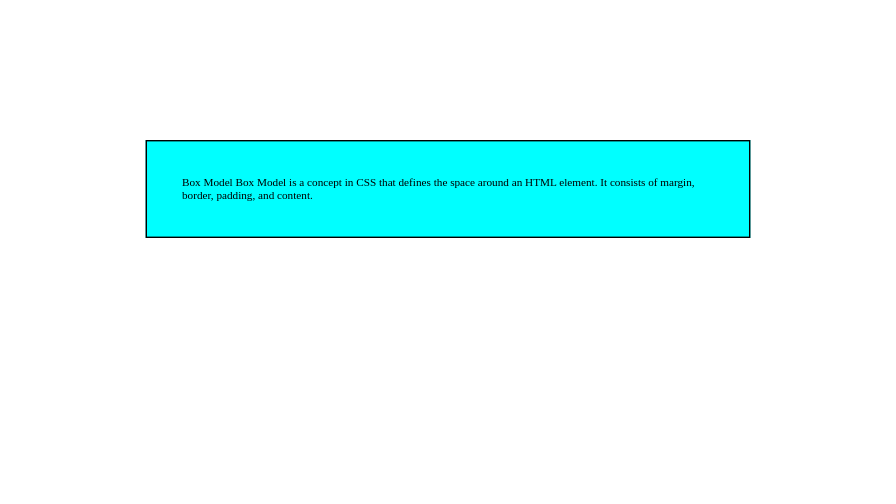
Repository: arunyerram/Web-TEChnologies
Page: Class4/index.html
An editor plug-in stored every save of this project. The page is shown before and after the next save, followed by the edit.
The browser window is 1280 px wide. The pictures show the whole page, at 70% of full size.

Above is the page before, as saved 2025-02-18 12:29:38.

### Class4/index.html
<!DOCTYPE html>
<html lang="en">
<head>
    <meta charset="UTF-8">
    <meta name="viewport" content="width=device-width, initial-scale=1.0">
    <title>CSS Rox Model</title>
    <style>
        /* CSS Rox Model */
        .box{
            border:2px solid black;
            background-color: aqua;
            padding: 50px;
            margin: 200px;

        }
    </style>
</head>
<body>
    <div class="box">
        Box Model
        Box Model is a concept in CSS that defines the space around an HTML element. It consists of margin, border, padding, and content.
    </div>
</body>
</html>

After the next save:
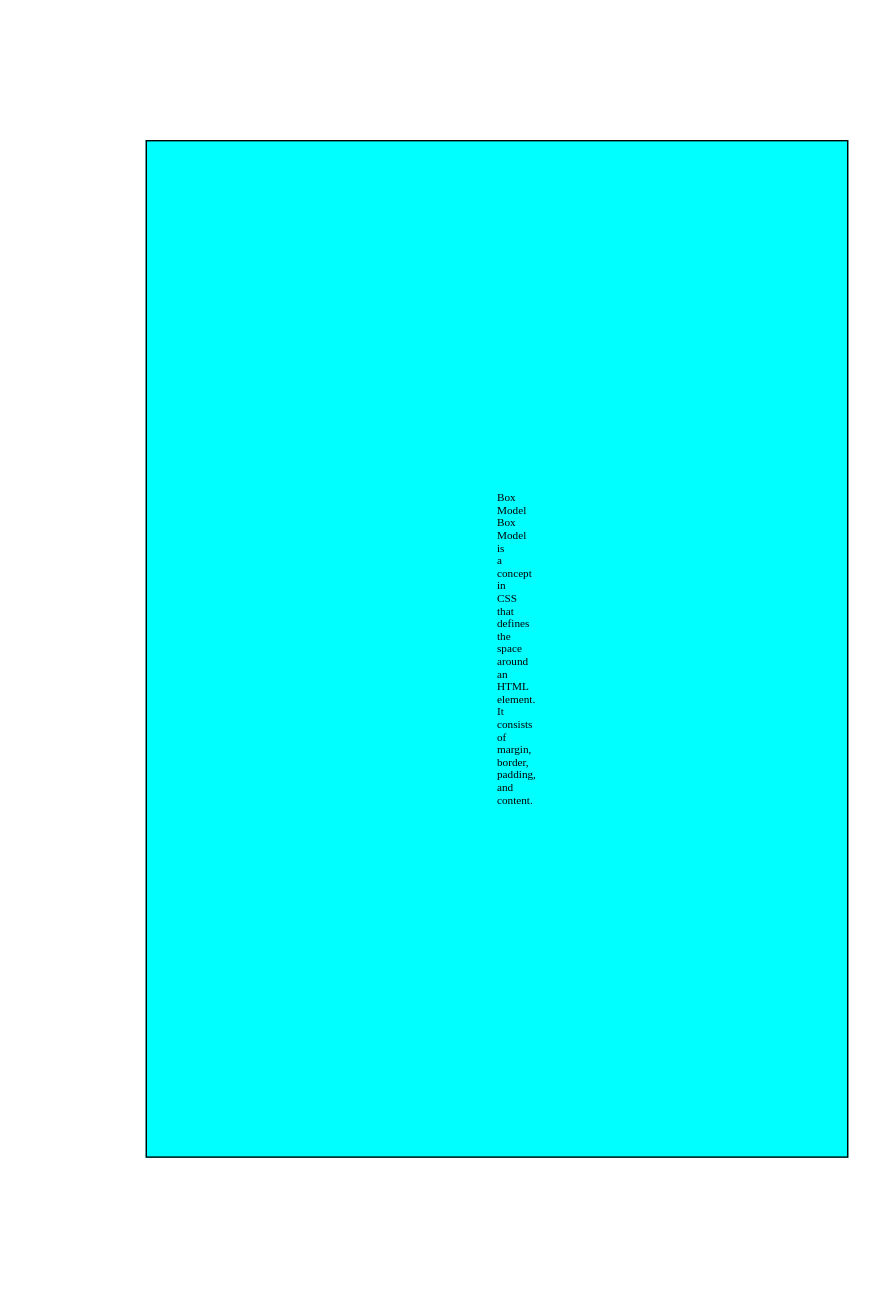
Saved 14 s later.
--- a/Class4/index.html
+++ b/Class4/index.html
@@ -9,7 +9,7 @@
         .box{
             border:2px solid black;
             background-color: aqua;
-            padding: 50px;
+            padding: 500px;
             margin: 200px;
 
         }
